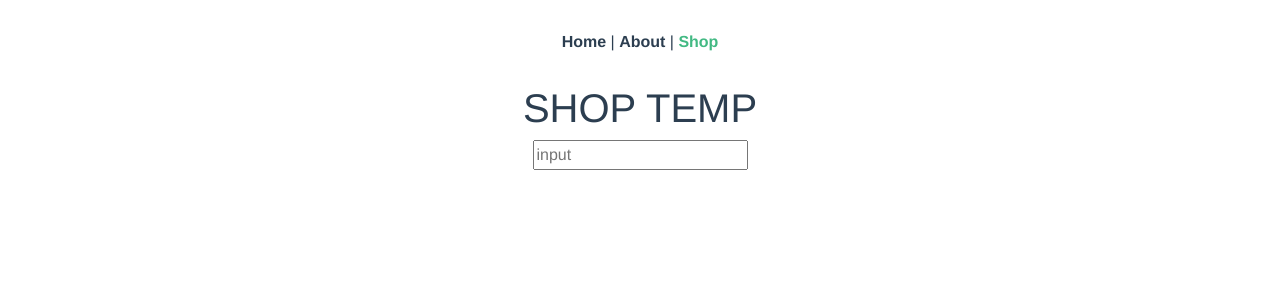
Repository: ramcd86/vuetest
Page: /#/shop
These files come from the project's save history. The page is drawn as it stood at one moment and after the next save; the edit follows.
The browser window is 1280 px wide. The pictures show the whole page.
The project was rebuilt for these pictures with package versions that can differ from the ones it lists, and the page was loaded fresh each time. Requests to the local data server were answered from the project's data file. Also part of the build but not shown: src/components/HelloWorld.vue, src/views/Home.vue.

Above is the page before, as saved 2019-07-08 11:12:37.

### public/index.html
<!DOCTYPE html>
<html lang="en">
  <head>
    <meta charset="utf-8">
    <meta http-equiv="X-UA-Compatible" content="IE=edge">
    <meta name="viewport" content="width=device-width,initial-scale=1.0">
    <link rel="icon" href="<%= BASE_URL %>favicon.ico">
    <link href="https://stackpath.bootstrapcdn.com/bootstrap/4.3.1/css/bootstrap.min.css" rel="stylesheet" integrity="sha384-ggOyR0iXCbMQv3Xipma34MD+dH/1fQ784/j6cY/iJTQUOhcWr7x9JvoRxT2MZw1T" crossorigin="anonymous">
    <link href="https://stackpath.bootstrapcdn.com/font-awesome/4.7.0/css/font-awesome.min.css" rel="stylesheet" integrity="sha384-wvfXpqpZZVQGK6TAh5PVlGOfQNHSoD2xbE+QkPxCAFlNEevoEH3Sl0sibVcOQVnN" crossorigin="anonymous">
    <title>storeapp</title>
    <style>
    .container {
      color: #FFF;
      background: rgb(15,20,15);
      background: -moz-linear-gradient(45deg, rgba(15,20,15,1) 0%, rgba(42,47,41,1) 100%);
      background: -webkit-linear-gradient(45deg, rgba(15,20,15,1) 0%, rgba(42,47,41,1) 100%);
      background: linear-gradient(45deg, rgba(15,20,15,1) 0%, rgba(42,47,41,1) 100%);
      filter: progid:DXImageTransform.Microsoft.gradient(startColorstr="#0f140f",endColorstr="#2a2f29",GradientType=1);
    }
    </style>
  </head>
  <body>
    <noscript>
      <strong>We're sorry but storeapp doesn't work properly without JavaScript enabled. Please enable it to continue.</strong>
    </noscript>
    <div id="app" class="container"></div>
    <!-- built files will be auto injected -->
  </body>
</html>

### src/App.vue
<template>
  <div id="app">
    <div id="nav">
      <router-link to="/">Home</router-link> |
      <router-link to="/about">About</router-link> |
      <router-link :to="{ name: 'shop', params: { queryData } }">Shop</router-link>
    </div>
    <router-view />
  </div>
</template>


<script>
import { get, post } from "@/helpers/Utilities.js";

export default {


  data() {
    return {
      get: get,
      post: post,

      queryData: ''
    };
  },

  created() {
    this.get("http://localhost:3000/employees").then(resp => {
      this.queryData = JSON.parse(resp);
    });
  },

  methods: {},

  mounted() {
    console.log(this.queryData);
  }
};
</script>


<style lang="scss">
#app {
  font-family: "Avenir", Helvetica, Arial, sans-serif;
  -webkit-font-smoothing: antialiased;
  -moz-osx-font-smoothing: grayscale;
  text-align: center;
  color: #2c3e50;
}
#nav {
  padding: 30px;
  a {
    font-weight: bold;
    color: #2c3e50;
    &.router-link-exact-active {
      color: #42b983;
    }
  }
}
</style>

### src/router.js
import Vue from 'vue'
import Router from 'vue-router'
import Home from './views/Home.vue'
import Shop from './views/Shop.vue'

Vue.use(Router)

export default new Router({
  routes: [
    {
      path: '/',
      name: 'home',
      component: Home
    },
    {
      path: '/shop',
      name: 'shop',
      component: Shop,
      props: true
    },
    {
      path: '/about',
      name: 'about',
      // route level code-splitting
      // this generates a separate chunk (about.[hash].js) for this route
      // which is lazy-loaded when the route is visited.
      component: () => import(/* webpackChunkName: "about" */ './views/About.vue')
    }
  ]
})

### src/helpers/Utilities.js
export const logger = (arg) => {
    console.log(arg);
}


export const post = (value) => {
    return new Promise((resolve, reject) => {
        const request = new XMLHttpRequest();
        request.timeout = 2000;
        request.open('POST', value.url, true);
        request.setRequestHeader('Content-Type', 'application/x-www-form-urlencoded; charset=UTF-8');
        request.send(value.data);
        request.onreadystatechange = (e) => {
            if (request.readyState === 4) {
                if (request.status === 200) {
                    resolve(request.response);
                } else {
                    reject(request.status);
                }
            }
        };
        request.timeout = () => {
            reject("The operation timed out.");
        };
    });

}

export const get = (url) => {
    return new Promise((resolve, reject) => {
        const request = new XMLHttpRequest();
        request.timeout = 2000;
        request.onreadystatechange = function (e) {
            if (request.readyState === 4) {
                if (request.status === 200) {
                    resolve(request.response);
                } else {
                    reject(request.status);
                }
            }
        };
        request.ontimeout = function () {
            reject("The operation timed out.");
        };
        request.open('get', url, true);
        request.send();
    });
}

### src/views/Shop.vue

// Template
<template>
    <div>
    <h1>SHOP TEMP</h1>
            <div v-for="item in dataSet" v-bind:key="item.id">
                {{item.id}} | {{item.first_name}} {{item.last_name}} | {{item.email}}
            </div>
            <input type="text" placeholder="input" v-model="inputData">
            {{inputData}}
    </div>
</template>

// Script
<script>
export default {
    name: 'shop',

    props: ['queryData'],

    data() {
        return {
            dataSet: [],
            inputData: ''
            }
    },

    created() {
        this.dataSet = this.queryData;
    },

    mounted() {
        console.log(this.dataSet);
    },

    watch: {
        inputData(val) {
            console.log(val)
        }
    }
}
</script>

// Style
<style lang="scss" scoped>


</style>

### src/mock/db.json
{
  "employees": [
    {
      "id": 1,
      "first_name": "Sebastian",
      "last_name": "Eschweiler",
      "email": "sebastian@codingthesmartway.com"
    },
    {
      "id": 2,
      "first_name": "Steve",
      "last_name": "Palmer",
      "email": "steve@codingthesmartway.com"
    },
    {
      "id": 3,
      "first_name": "Ann",
      "last_name": "Smith",
      "email": "ann@codingthesmartway.com"
    }
  ]
}

Loaded but not shown: src/main.js (common file)

After the next save:
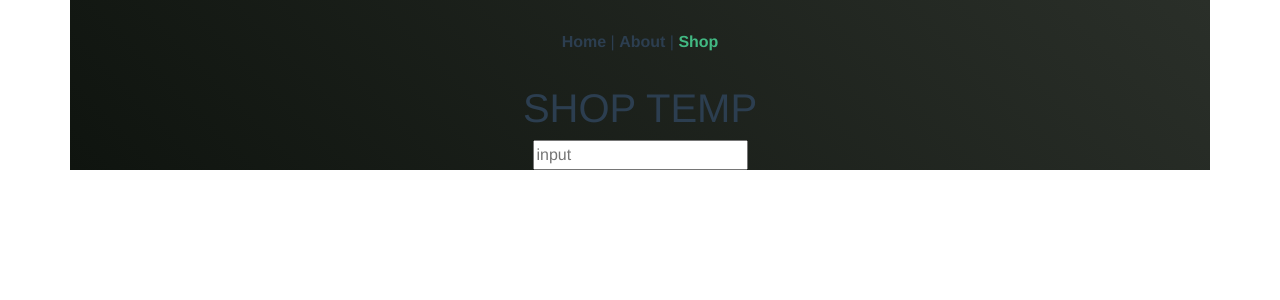
Saved 37 s later.
--- a/public/index.html
+++ b/public/index.html
@@ -23,7 +23,9 @@
     <noscript>
       <strong>We're sorry but storeapp doesn't work properly without JavaScript enabled. Please enable it to continue.</strong>
     </noscript>
-    <div id="app" class="container"></div>
+    <main  class="container">
+    <div id="app"></div>
+  </main>
     <!-- built files will be auto injected -->
   </body>
 </html>

After the save that followed:
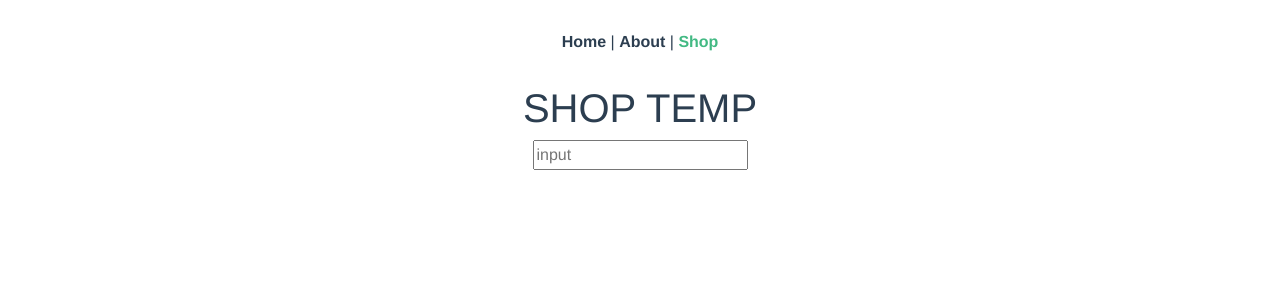
Saved 6 s later.
--- a/public/index.html
+++ b/public/index.html
@@ -23,7 +23,7 @@
     <noscript>
       <strong>We're sorry but storeapp doesn't work properly without JavaScript enabled. Please enable it to continue.</strong>
     </noscript>
-    <main  class="container">
+    <main  class="container-fluid">
     <div id="app"></div>
   </main>
     <!-- built files will be auto injected -->
